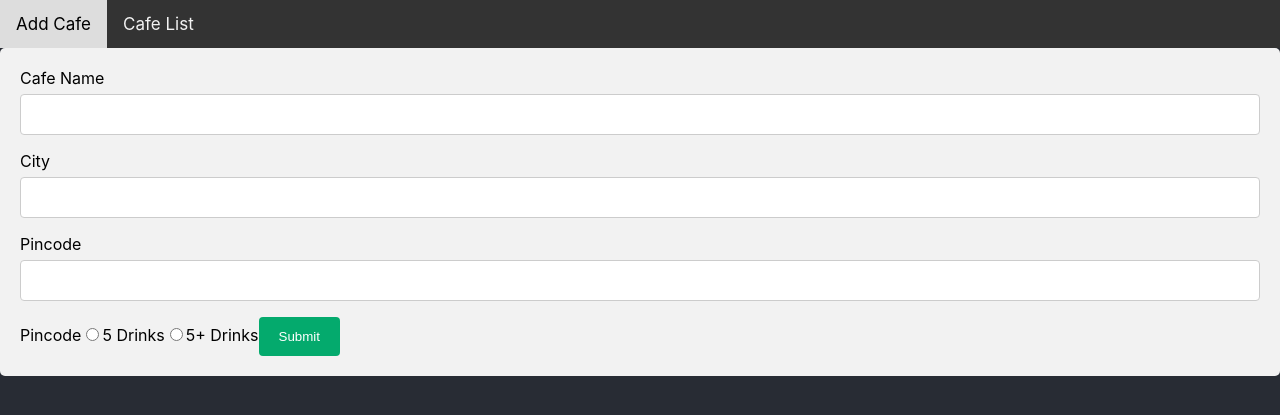
Repository: Surojd/project-cafe
Page: /add-cafe
An editor plug-in stored every save of this project. The page is shown before and after the next save, followed by the edit.
The browser window is 1280 px wide. The pictures show the whole page.
The page's requests for data from a server got no answer. The project was rebuilt for these pictures with package versions that can differ from the ones it lists, and the page was loaded fresh each time. No one was signed in, and anything a server would have sent is missing. Also part of the build but not shown: src/cafe/CafeList.js.

Above is the page before, as saved 2021-09-01 13:40:51.

After the next save:
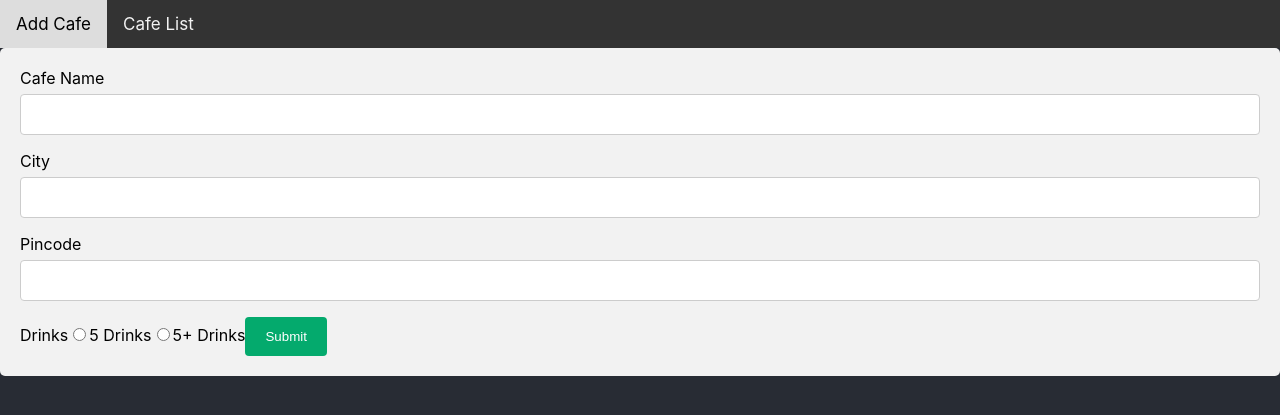
Saved 26 s later.
--- a/src/cafe/AddCafe.js
+++ b/src/cafe/AddCafe.js
@@ -66,7 +66,7 @@ export default function AddCafe() {
       {formik.touched.pincode && formik.errors.pincode ? (
         <div>{formik.errors.pincode}</div>
       ) : null}
-      <label>Pincode</label>
+      <label>Drinks</label>
       <input
         type='radio'
         {...formik.getFieldProps('drinks')}
